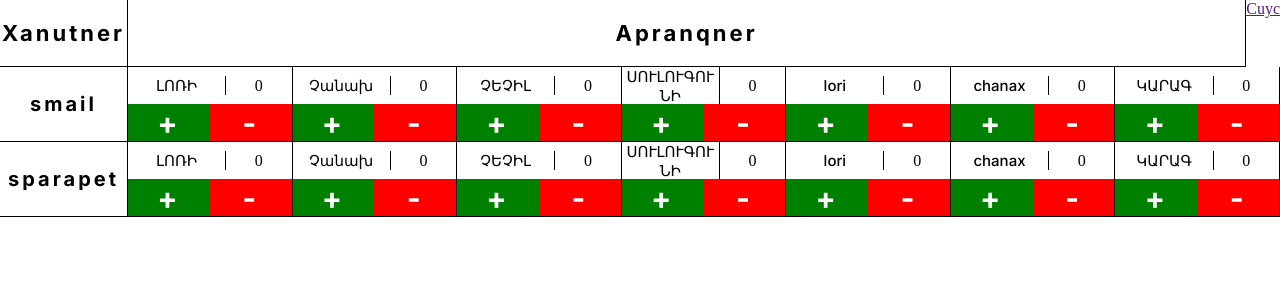
Repository: AbApin/amasia
Page: /
An editor plug-in stored every save of this project. The page is shown before and after the next save, followed by the edit.
The browser window is 1280 px wide. The pictures show the whole page.
The project was rebuilt for these pictures with package versions that can differ from the ones it lists, and the page was loaded fresh each time. Also part of the build but not shown: vue.config.js.

Above is the page before, as saved 2023-01-28 15:37:45.

### public/index.html
<!DOCTYPE html>
<html lang="">
  <head>
    <meta charset="utf-8" />
    <meta http-equiv="X-UA-Compatible" content="IE=edge" />
    <meta name="viewport" content="width=device-width,initial-scale=1.0" />
    <link rel="icon" href="<%= BASE_URL %>favicon.ico" />
    <title><%= htmlWebpackPlugin.options.title %></title>
    <link
      href="https://fonts.googleapis.com/css?family=Inter:100,200,300,regular,500,600,700,800,900"
      rel="stylesheet"
    />
  </head>
  <body>
    <noscript>
      <strong
        >We're sorry but <%= htmlWebpackPlugin.options.title %> doesn't work properly without
        JavaScript enabled. Please enable it to continue.</strong
      >
    </noscript>
    <div id="app"></div>
    <!-- built files will be auto injected -->
  </body>
</html>

### src/App.vue
<template>
  <div id="app">
    <div class="header">
      <h2 class="xanutnerTitle">Xanutner</h2>
      <h2 class="apranqnerTitle">Apranqner</h2>
      <a href="">Cuyc </a>
      <div class="endhanurQanak">
        <ul class="endhanurQanakiList">
          <li v-for="qanakItem in xanutner" :key="" class="endhanurQanakiListItem"></li>
        </ul>
      </div>
    </div>
    <div class="content">
      <ul class="contentList">
        <li v-for="xanutiAnun in Object.keys(XANUTNER)" :key="xanutiAnun" class="contentItem">
          <p class="xanutiAnun">{{ xanutiAnun }}</p>
          <ul class="apranqneriList">
            <li
              v-for="(apranq, apranqiHamar) in XANUTNER[xanutiAnun]"
              :key="apranqiHamar"
              class="apranqneriListItem"
            >
              <div class="apranqiText">
                <p class="apranqiAnun">{{ apranq.anun }}</p>
                <p class="apranqiQanak">{{ apranq.qanak }}</p>
              </div>
              <div class="apranqiAvelPakas">
                <button class="plus apranqiBtn" @click="AVELACNEL({ xanutiAnun, apranqiHamar })">
                  +
                </button>
                <button class="minus apranqiBtn" @click="PAKASACNEL({ xanutiAnun, apranqiHamar })">
                  -
                </button>
              </div>
            </li>
          </ul>
        </li>
      </ul>
    </div>
  </div>
</template>

<script>
import { mapGetters, mapMutations } from 'vuex';
export default {
  name: 'App',
  components: {},
  data() {
    return {};
  },
  mounted() {},
  methods: {
    ...mapMutations(['AVELACNEL', 'PAKASACNEL']),
    // avelacnel(obj) {
    //   this.AVELACNEL(obj);
    // },
    // pakasacnel(obj) {
    //   this.PAKASACNEL(obj);
    // },
  },
  computed: {
    ...mapGetters(['XANUTNER']),
  },
};
</script>

<style>
*,
*::after,
*::before {
  margin: 0;
  padding: 0;
  box-sizing: border-box;
}
ul {
  list-style: none;
}
#app {
  display: flex;
  flex-direction: column;
  min-height: 100vh;
}
.header {
  display: flex;
  justify-content: space-between;
  width: 100%;
}
.xanutnerTitle {
  width: 10%;
  display: flex;
  align-items: center;
  justify-content: center;
  font-family: 'Inter';
  font-size: 22px;
  font-weight: 700;
  letter-spacing: 3px;
  padding: 20px 30px;
  border: 1px solid #000;
  border-top: 0;
  border-left: 0;
}
.apranqnerTitle {
  width: 90%;
  display: flex;
  align-items: center;
  justify-content: center;
  font-family: 'Inter';
  font-size: 22px;
  font-weight: 700;
  letter-spacing: 3px;
  padding: 20px 30px;
  border: 1px solid #000;
  border-top: 0;
  border-left: 0;
}
.contentList {
  display: flex;
  flex-direction: column;
}
.contentItem {
  display: flex;
  justify-content: space-between;
}
.xanutiAnun {
  display: flex;
  align-items: center;
  justify-content: center;
  width: 10%;
  font-family: 'Inter';
  font-size: 20px;
  font-weight: 700;
  letter-spacing: 3px;
  word-wrap: break-word;
  padding: 20px 30px;
  border: 1px solid #000;
  border-top: 0;
  border-left: 0;
}
.apranqneriList {
  width: 90%;
  display: flex;
  justify-content: space-between;
}
.apranqneriListItem {
  display: flex;
  flex-direction: column;
  flex: 1 1 0;
  border: 1px solid #000;
  border-top: 0;
  border-left: 0;
}
.apranqiText {
  display: flex;
  justify-content: space-between;
  align-items: center;
  height: 50%;
}
.apranqiAnun {
  font-family: 'Inter';
  font-size: 15px;
  font-weight: 500;
  word-wrap: break-word;
  text-align: center;
  width: 60%;
  border-right: 1px solid #000;
}
.apranqiQanak {
  display: flex;
  justify-content: center;
  align-items: center;
  width: 40%;
}
.apranqiAvelPakas {
  display: flex;
  justify-content: space-between;
  width: 100%;
  height: 50%;
}
.apranqiBtn {
  display: inline-flex;
  justify-content: center;
  align-items: center;
  font-family: 'Inter';
  font-size: 30px;
  font-weight: 700;
  letter-spacing: 3px;
  border: none;
  color: #fff;
  width: 50%;
  cursor: pointer;
}
.plus {
  background: green;
}
.minus {
  background: red;
}
</style>

### src/store/index.js
import Vuex from 'vuex';
import Vue from 'vue';

Vue.use(Vuex);

const store = new Vuex.Store({
  state: {
    xanutner: {
      smail: [
        { anun: 'ԼՈՌԻ', qanak: 0 },
        { anun: 'Չանախ', qanak: 0 },
        { anun: 'ՉԵՉԻԼ', qanak: 0 },
        { anun: 'ՍՈՒԼՈՒԳՈՒՆԻ', qanak: 0 },
        { anun: 'lori', qanak: 0 },
        { anun: 'chanax', qanak: 0 },
        { anun: 'ԿԱՐԱԳ', qanak: 0 },
      ],
      sparapet: [
        { anun: 'ԼՈՌԻ', qanak: 0 },
        { anun: 'Չանախ', qanak: 0 },
        { anun: 'ՉԵՉԻԼ', qanak: 0 },
        { anun: 'ՍՈՒԼՈՒԳՈՒՆԻ', qanak: 0 },
        { anun: 'lori', qanak: 0 },
        { anun: 'chanax', qanak: 0 },
        { anun: 'ԿԱՐԱԳ', qanak: 0 },
      ],
    },
  },
  mutations: {
    AVELACNEL(state, payload) {
      state.xanutner[payload.xanutiAnun][payload.apranqiHamar].qanak += 1;
    },
    PAKASACNEL(state, payload) {
      let qanak = state.xanutner[payload.xanutiAnun][payload.apranqiHamar].qanak;
      console.log(qanak);
      if (qanak >= 1) {
        state.xanutner[payload.xanutiAnun][payload.apranqiHamar].qanak -= 1;
      }
    },
  },
  getters: {
    XANUTNER(state) {
      return state.xanutner;
    },
  },
});

export default store;

Loaded but not shown: src/main.js (common file)

After the next save:
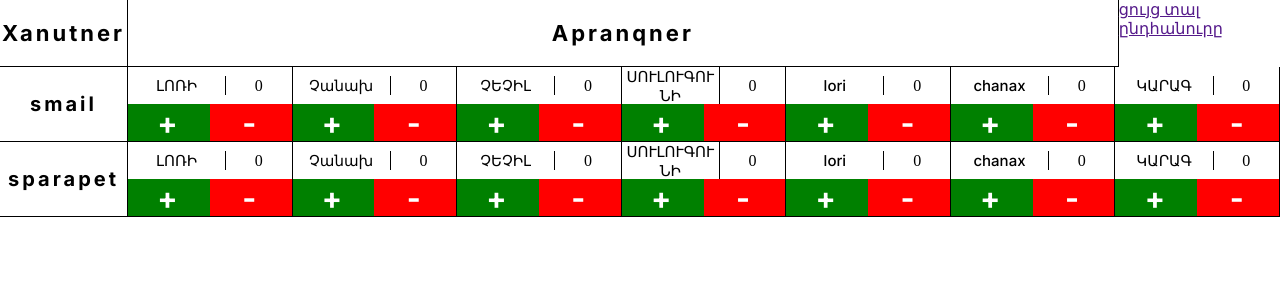
Saved 2 min 45 s later.
--- a/src/App.vue
+++ b/src/App.vue
@@ -3,7 +3,7 @@
     <div class="header">
       <h2 class="xanutnerTitle">Xanutner</h2>
       <h2 class="apranqnerTitle">Apranqner</h2>
-      <a href="">Cuyc </a>
+      <a href="">ցույց տալ ընդհանուրը </a>
       <div class="endhanurQanak">
         <ul class="endhanurQanakiList">
           <li v-for="qanakItem in xanutner" :key="" class="endhanurQanakiListItem"></li>
